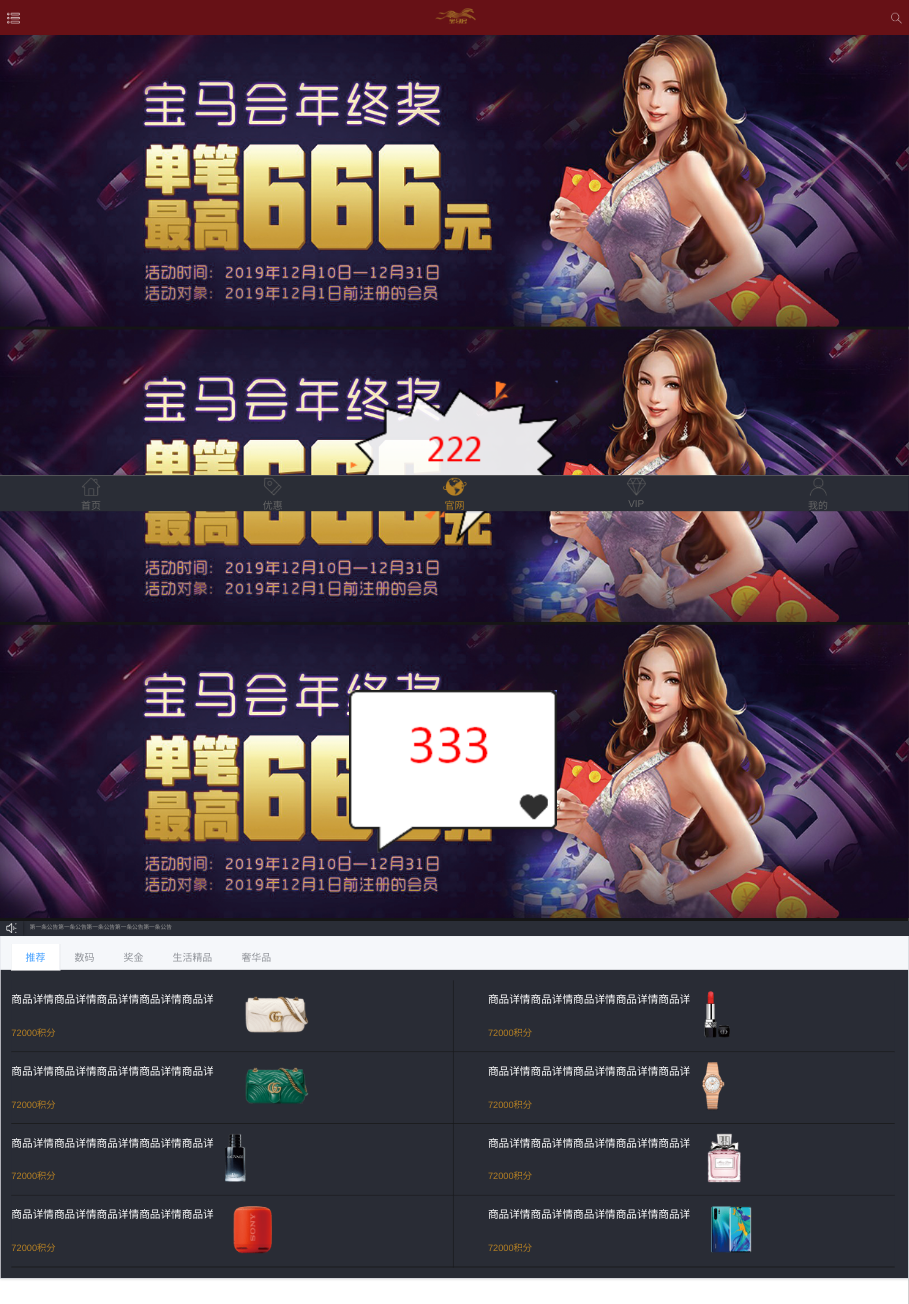
Repository: ada6688/IntegralMall
Page: /
An editor plug-in stored every save of this project. The page is shown before and after the next save, followed by the edit.
The browser window is 1280 px wide. The pictures show the whole page, at 71% of full size.
The project was rebuilt for these pictures with package versions that can differ from the ones it lists, and the page was loaded fresh each time. Also part of the build but not shown: src/components/page/MainNav.vue, src/components/page/Member.vue, src/components/common/Topnav-c.vue, src/components/page/Youhui.vue.

Above is the page before, as saved 2020-01-01 16:20:23.

After the next save:
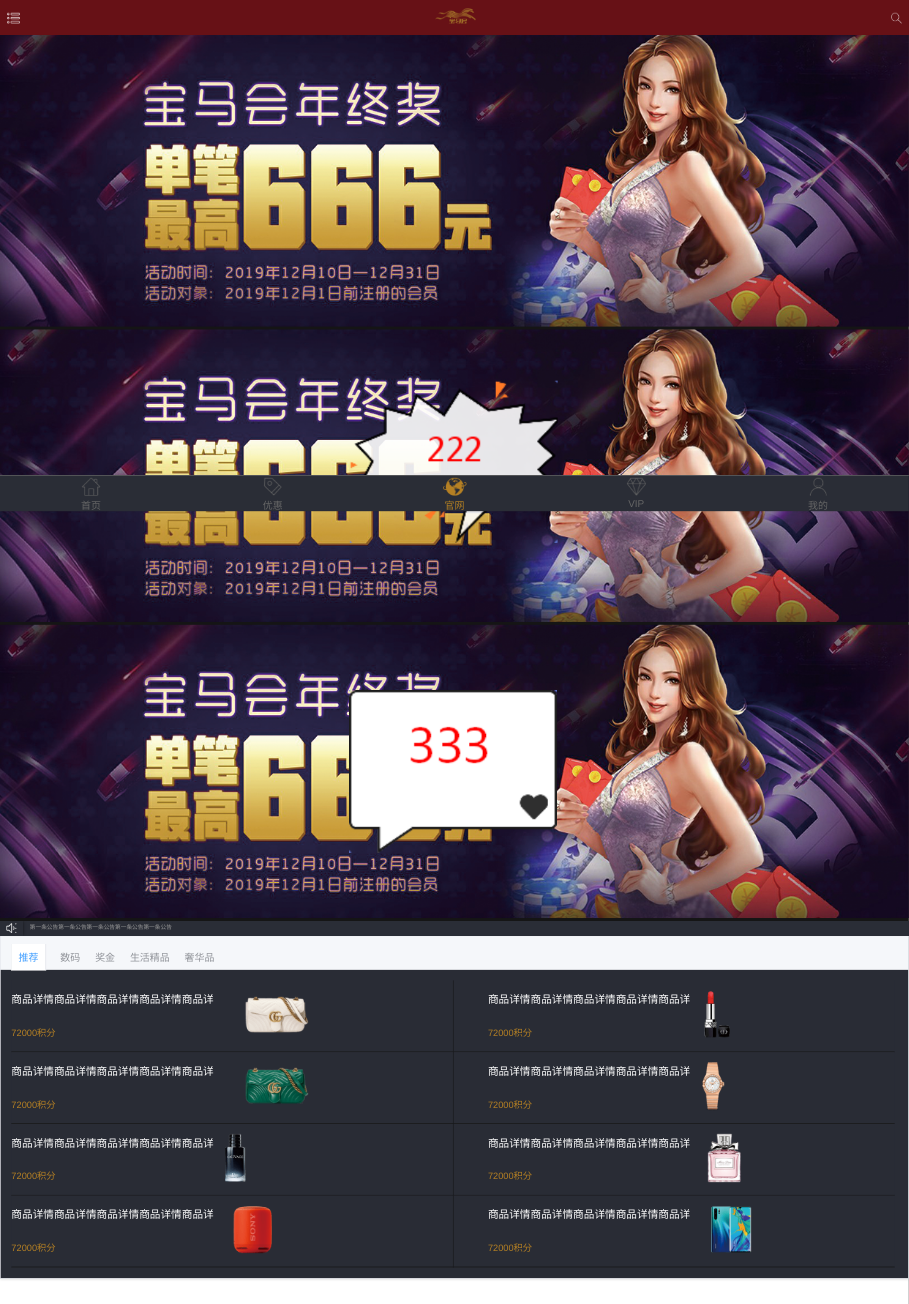
Saved 14 min 57 s later.
--- a/src/components/page/Vip.vue
+++ b/src/components/page/Vip.vue
@@ -77,8 +77,7 @@ export default {
   margin-top: -2px;
   background: #292C35;
 }
-/* .el-tabs__header .el-tabs__item{
-  padding-left: 2%;
-  padding-right: 2%;
-} */
+.el-tabs--border-card>.el-tabs__header .el-tabs__item{
+  padding: 0 10px;
+}
 </style>
